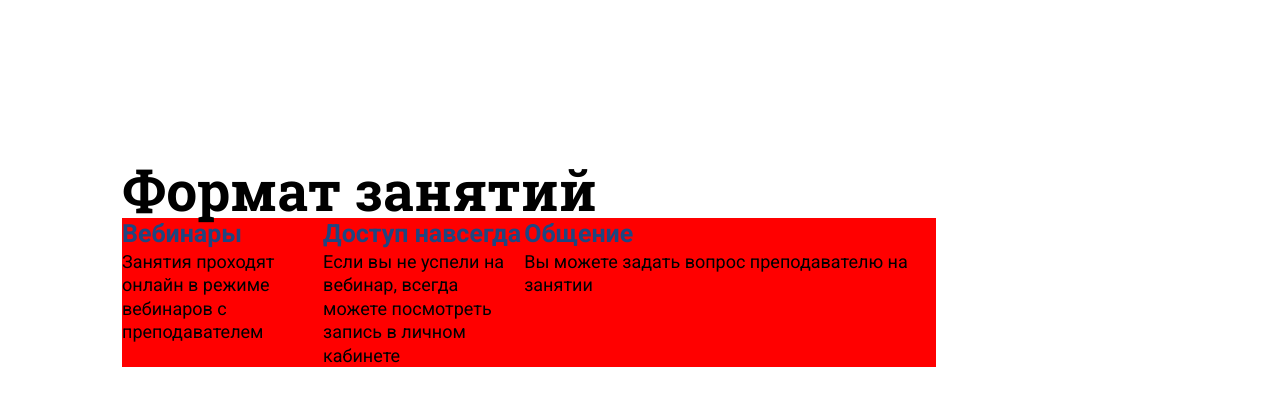
Repository: mirali879/previous-proj
Page: index.html
The author's editor kept a copy of each file at every save. The page is drawn from the files as they stood at one save, then again after a run of saves.
The browser window is 1280 px wide. The pictures show the whole page.

Above is the page before, as saved 2023-05-06 19:18:47.

### index.html
<!DOCTYPE html>
<html lang="en">
  <head>
    <meta charset="UTF-8" />
    <meta http-equiv="X-UA-Compatible" content="IE=edge" />
    <meta name="viewport" content="width=device-width, initial-scale=1.0" />
    <link rel="stylesheet" href="/style.css" />
    <title>Document</title>
  </head>
  <body>
    <div class="page-1">
      <h1>Формат занятий</h1>

      <ul>
        <li >
          <h3>Вебинары</h3>
          <span
            >Занятия проходят онлайн в режиме вебинаров с преподавателем</span
          >
        </li>
        <li >
          <h3>Доступ навсегда</h3>
          <span
            >Если вы не успели на вебинар, всегда можете посмотреть запись в
            личном кабинете</span
          >
        </li>
        <li >
          <h3>Общение</h3>
          <span>Вы можете задать вопрос преподавателю на занятии</span>
        </li>
      </ul>
    </div>

    <!-- <div class="container">
      <h1>Что узнаем?</h1>

      <div class="row">
        <ul class="list">
          <li>Кто чем занят в съёмочной группе;</li>
          <li>На какие этапы делится кинопроизводство;</li>
          <li>
            Как выглядит сценарий фильма и как он меняется по ходу съёмок;
          </li>
          <li>
            Какими методами режиссёры заставляют нас смеяться, плакать и
            грустить;
          </li>
          <li>
            Как построение кадра, музыка и свет помогают считывать заложенные в
            фильм смыслы;
          </li>
          <li>
            Какие жанры есть в кино и как от них зависит работа операторов,
            осветителей и монтажёров;
          </li>
          <li>Как, зная всё это, понимать, о чем фильм.</li>
        </ul>
      </div>
    </div> -->

    <!-- <div class="container2">
        <h1>Программа курса</h1>
        <div class="box-row">
            <div class="box">
                <img src="/images/pic-1.png" alt="">
                <h3>1. Как создают кино</h3>
                <div class="div">
                    8 сентября 20:00 Данила Кузнецов
                </div>
            </div>

            <div class="box">
                <img src="/images/pic-1.png" alt="">
                <h3>1. Как создают кино</h3>
                <div class="div">
                    8 сентября 20:00 Данила Кузнецов
                </div>
            </div>

            <div class="box">
                <img src="/images/pic-1.png" alt="">
                <h3>1. Как создают кино</h3>
                <div class="div">
                    8 сентября 20:00 Данила Кузнецов
                </div>
            </div>

            <div class="box">
                <img src="/images/pic-1.png" alt="">
                <h3>1. Как создают кино</h3>
                <div class="div">
                    8 сентября 20:00 Данила Кузнецов
                </div>
            </div>

            <div class="box">
                <img src="/images/pic-1.png" alt="">
                <h3>1. Как создают кино</h3>
                <div class="div">
                    8 сентября 20:00 Данила Кузнецов
                </div>
            </div>

            <div class="box">
                <img src="/images/pic-1.png" alt="">
                <h3>1. Как создают кино</h3>
                <div class="div">
                    8 сентября 20:00 Данила Кузнецов
                </div>
            </div>

            <div class="box">
                <img src="/images/pic-1.png" alt="">
                <h3>1. Как создают кино</h3>
                <div class="div">
                    8 сентября 20:00 Данила Кузнецов
                </div>
            </div>

            <div class="box">
                <img src="/images/pic-1.png" alt="">
                <h3>1. Как создают кино</h3>
                <div class="div">
                    8 сентября 20:00 Данила Кузнецов
                </div>
            </div>
        </div>
    </div> -->
  </body>
</html>

### style.css
@import url("https://fonts.googleapis.com/css2?family=Roboto+Slab:wght@700&family=Roboto:wght@400;700&display=swap");
* {
  margin: 0;
  padding: 0;
}

/* .page-1 {
  padding: 162px 344px 188px 122px;
}

.page-1 h1 {
  font-family: Roboto Slab;
  font-size: 55px;
  font-weight: 700;
  text-align: left;
}

ul {
  background-color: aqua;
  display: flex;
}
li {
  margin-right: 112px;
}
.col-1 {
  width: 223px;
}
.col-2 {
  width: 271px;
}
.col-3 {
  width: 245px;
}

ul .col h3 {
  font-family: Roboto;
  font-size: 25px;
  font-weight: 700;
  line-height: 32px;
  letter-spacing: 0em;
  text-align: left;
}

.col span {
  font-family: Roboto;
  font-size: 18px;
  font-weight: 400;
  line-height: 23px;
  letter-spacing: 0em;
  text-align: left;
}

.list{
    width: 666px;
}

.list li {
  font-family: Roboto;
  font-size: 24px;
  font-weight: 400;
  line-height: 36px;
  letter-spacing: 0em;
  text-align: left;
}


.container2{
    padding: 0 85px 0 85px;
}

.box-row{
    display: flex;
    background-color: aqua;
    width: 100%;
    flex-wrap: wrap;

}


.box-row .box{
    width: 399px;
} */

 .page-1 {
  padding: 162px 344px 188px 122px;
}
.page-1 h1{
  font-family: 'Roboto Slab';
font-style: normal;
font-weight: 700;
font-size: 55px;
line-height: 101.38%;
}
.page-1 ul{
  display: flex;
  background-color: red;
}
.page-1 li {
  list-style-type: none;
}
li:nth-child(1) {
width: 223px;
}
li:nth-child(2) {
  width: 223px;
  }
.page-1 ul li h3{
  font-family: 'Roboto';
  font-style: normal;
  font-weight: 700;
  font-size: 25px;
  line-height: 130%;
  color: #1E4681;
}
.page-1 ul li span{
  font-family: 'Roboto';
font-style: normal;
font-weight: 400;
font-size: 18px;
line-height: 130%;

color: #000000;

}

After the next 2 saves:
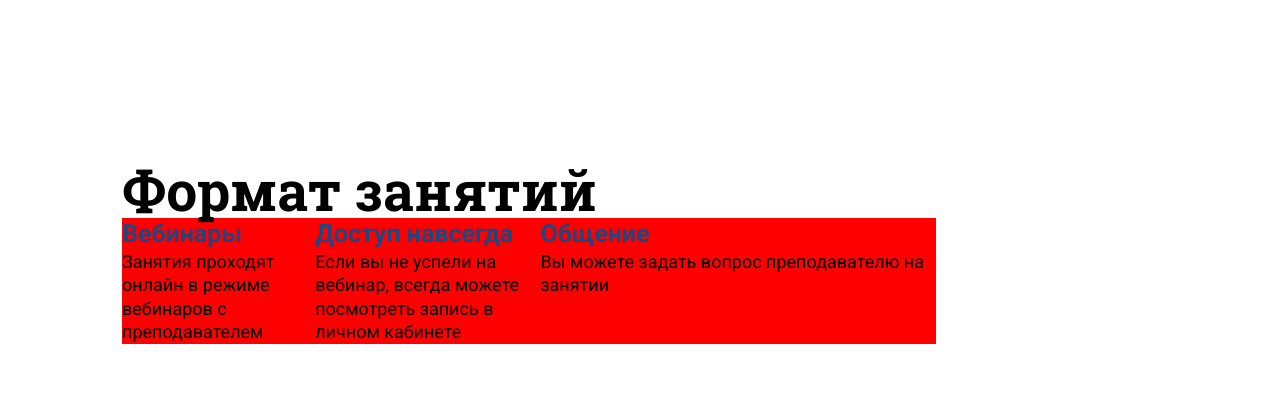
The 2 saves are shown as one change because they came seconds apart.
The last was saved 6 s later.
--- a/style.css
+++ b/style.css
@@ -102,7 +102,7 @@ li:nth-child(1) {
 width: 223px;
 }
 li:nth-child(2) {
-  width: 223px;
+  width: 260px;
   }
 .page-1 ul li h3{
   font-family: 'Roboto';
